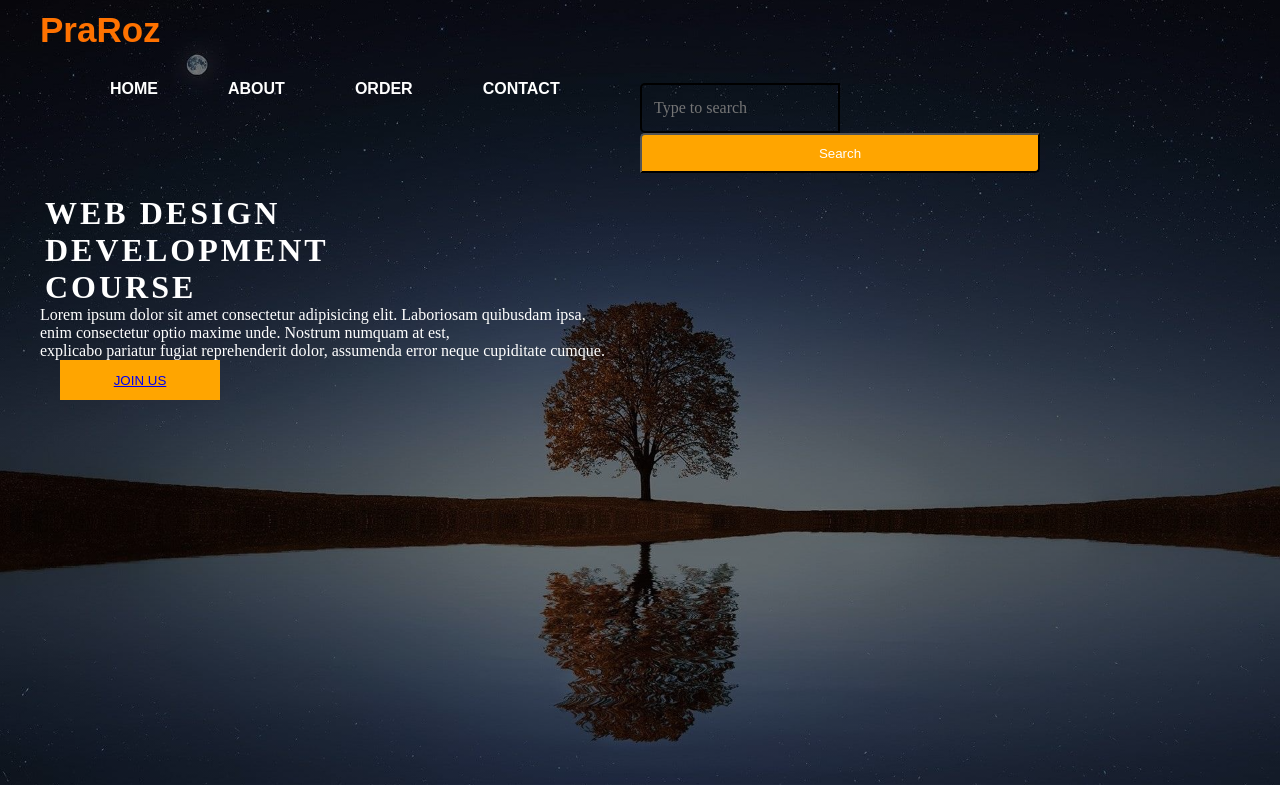
Repository: Cedrqmwesigwa/web-design-course
Page: index.html
These files come from the project's save history. The page is drawn as it stood at one moment and after a run of saves; the edit follows.
The browser window is 1280 px wide. The pictures show the whole page.

Above is the page before, as saved 2024-04-03 20:41:17.

After the next 2 saves:
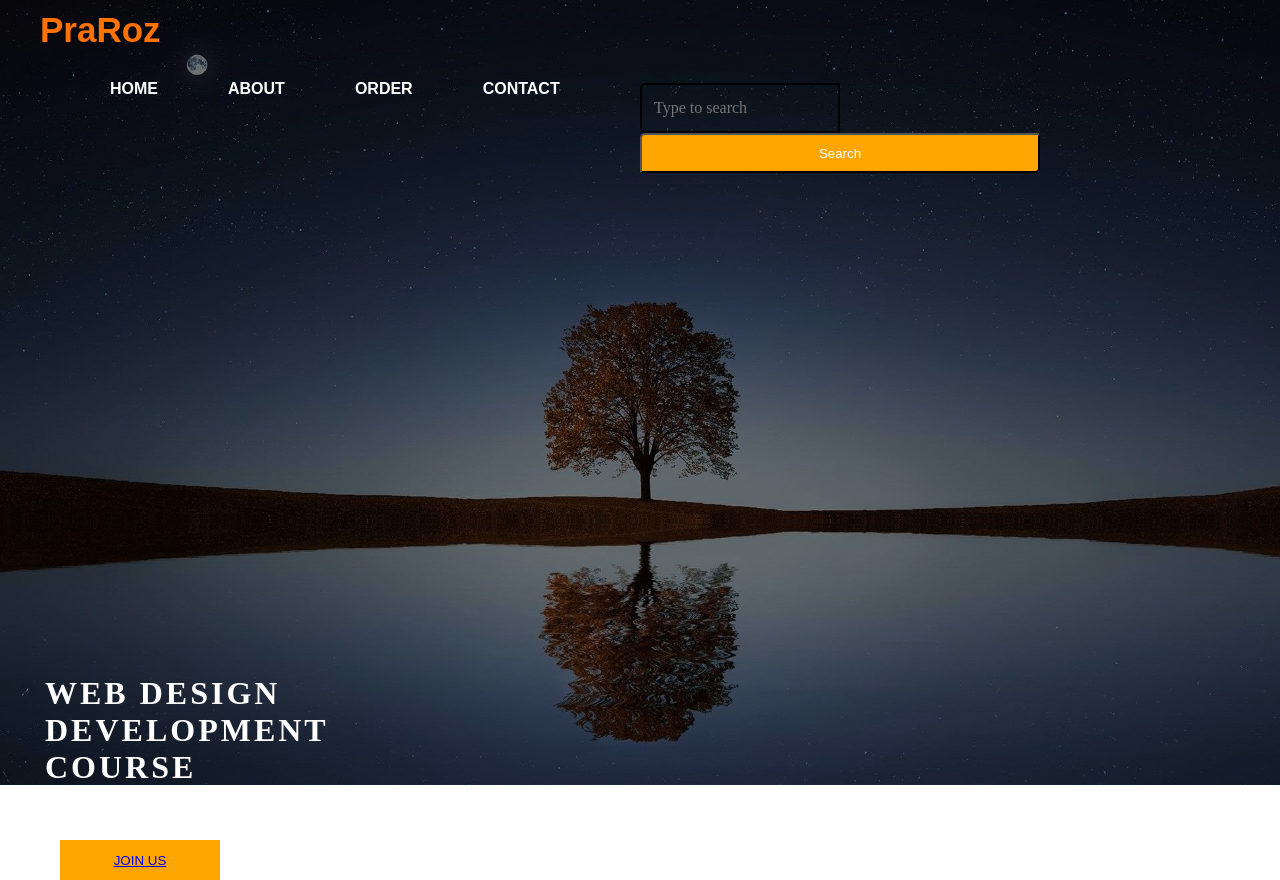
The 2 saves are shown as one change because they came seconds apart.
The last was saved 6 s later.
--- a/style.css
+++ b/style.css
@@ -119,7 +119,7 @@
     font-family: 'Times New Roman';
     size: 100px;
     padding-left: 5px;
-    margin-top: 10%;
+    margin-top: 50%;
     letter-spacing: 3px;
 }
 

After the 2 saves that followed:
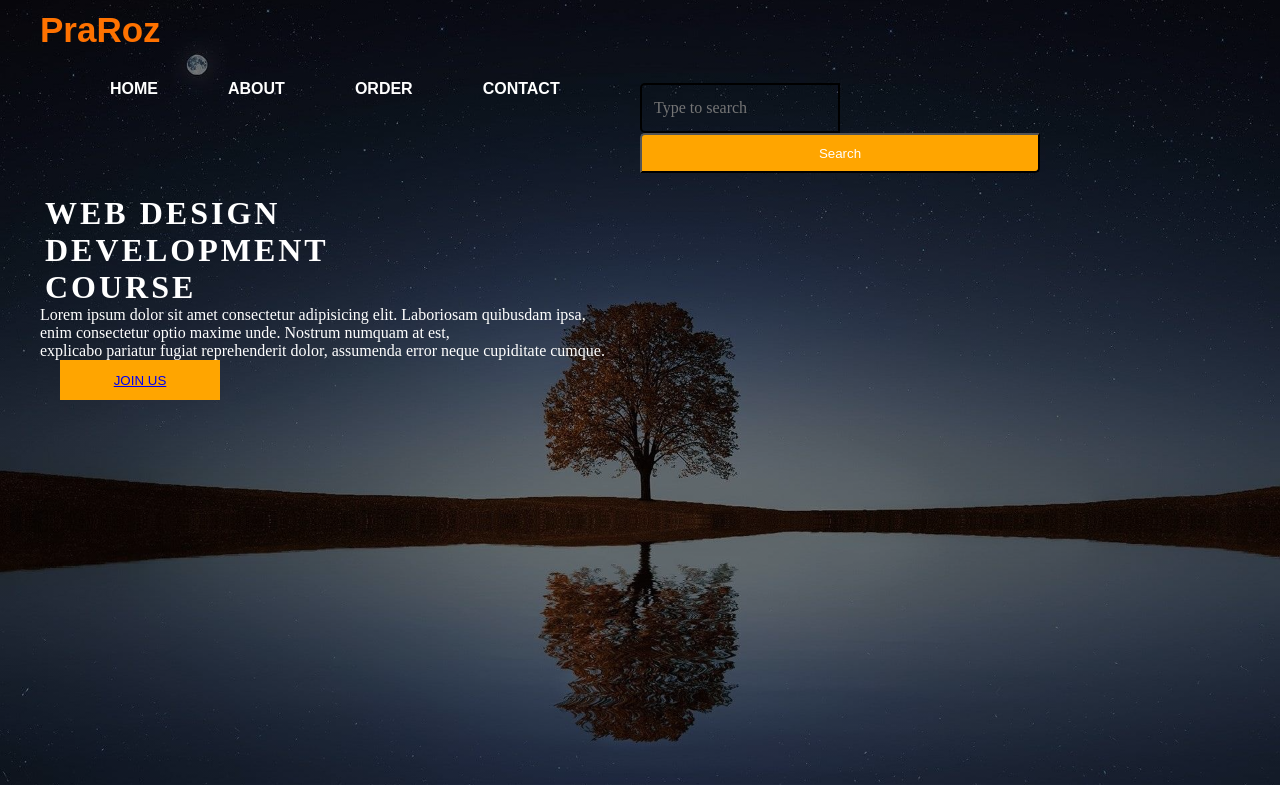
The 2 saves are shown as one change because they came seconds apart.
The last was saved 14 s later.
--- a/style.css
+++ b/style.css
@@ -119,7 +119,7 @@
     font-family: 'Times New Roman';
     size: 100px;
     padding-left: 5px;
-    margin-top: 50%;
+    margin-top: 10%;
     letter-spacing: 3px;
 }
 
